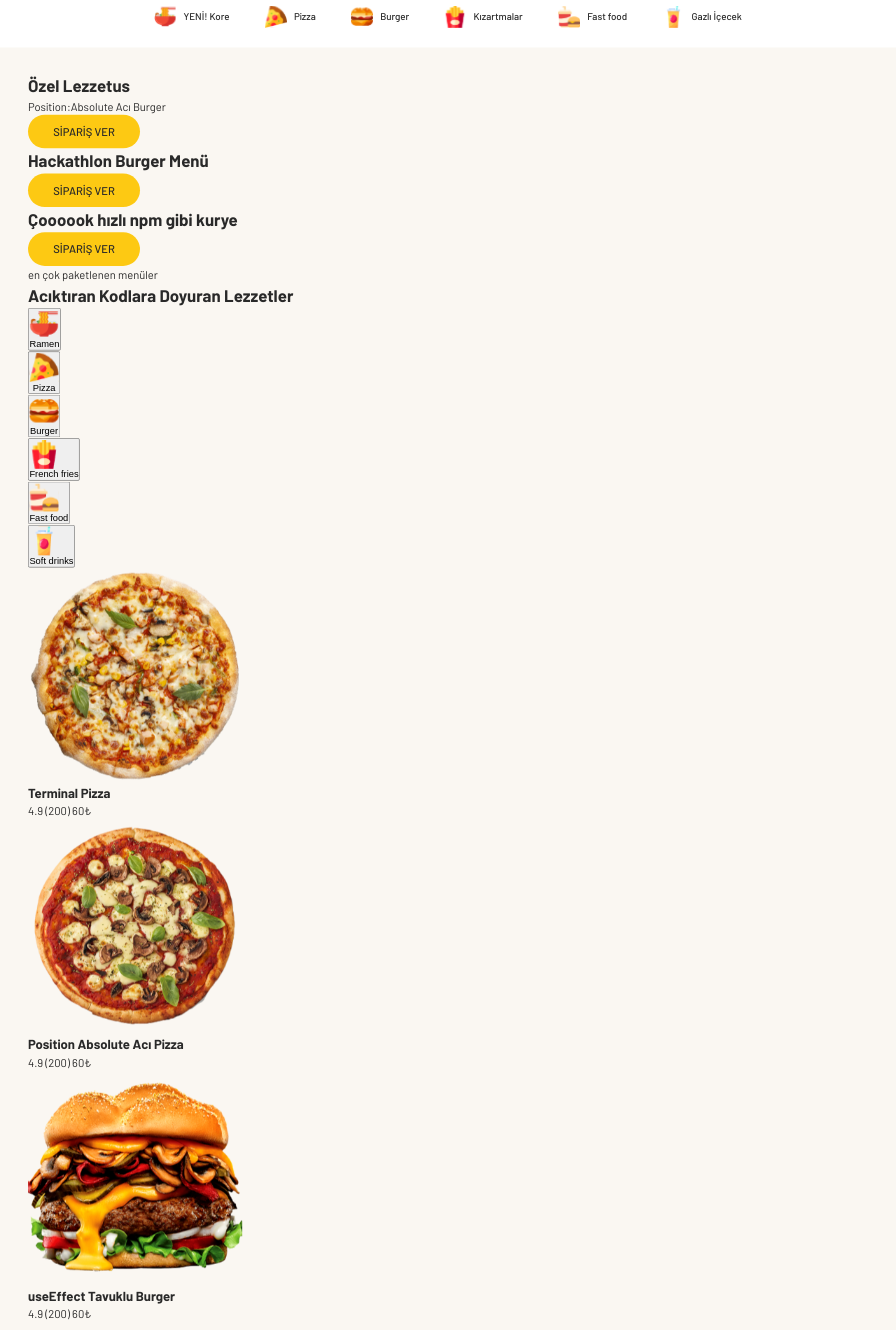
Repository: GozdeAybey/Pizza-HTML-CSS
Page: index.html
The author's editor kept a copy of each file at every save. The page is drawn from the files as they stood at one save, then again after the next save.
The browser window is 1280 px wide. The pictures show the part of the page from y = 737 to 2637 px (the page is 3962 px tall before and 4313 px after), at 70% of full size.
A picture or video elsewhere on the page could not be fetched, so the positions and the page height are approximate. Some web fonts or font styles are not loaded; a fallback is used.

Above is the page before, as saved 2026-10-26 23:13:04.

After the next save:
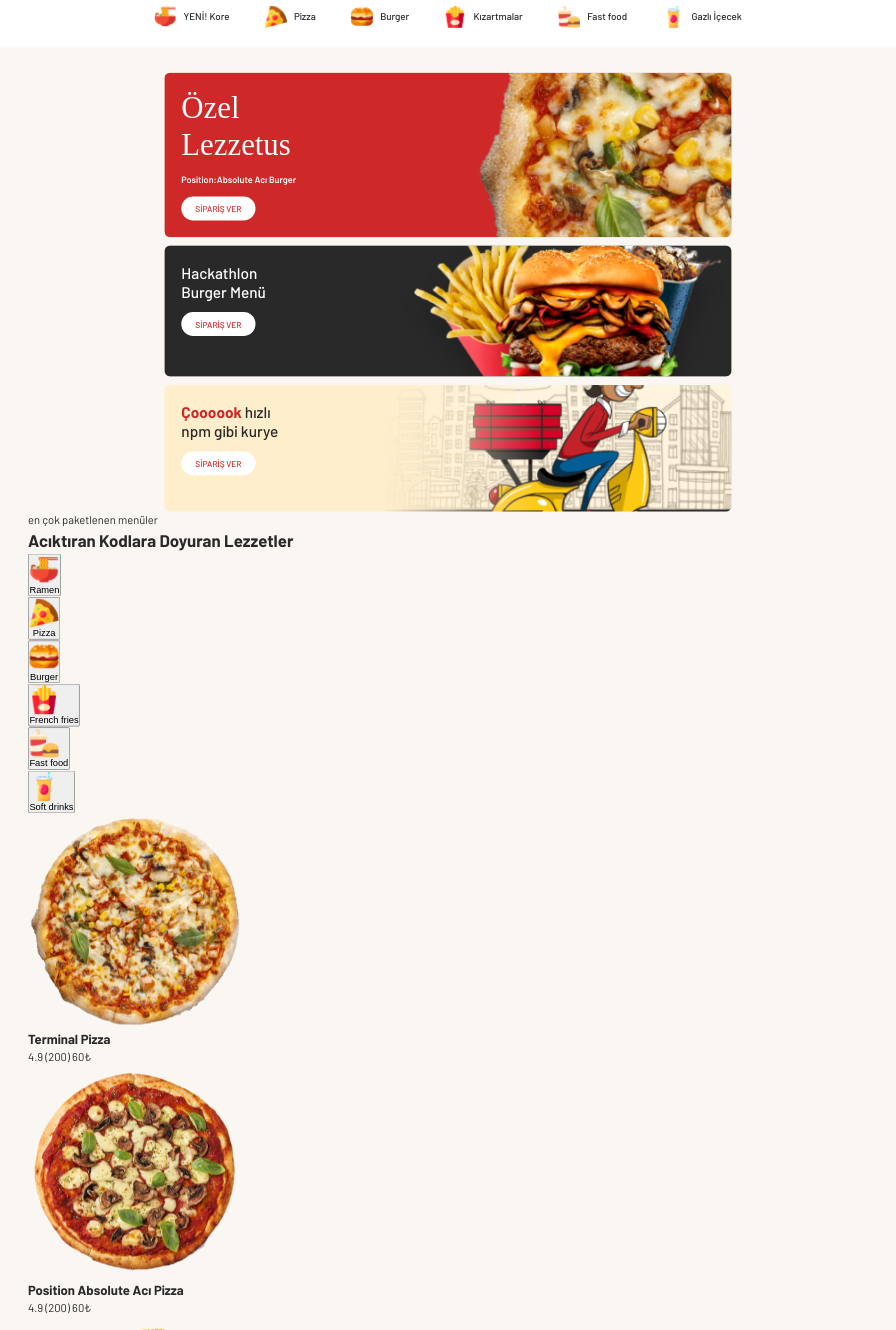
Saved 6 min 21 s later.
--- a/style.css
+++ b/style.css
@@ -34,6 +34,76 @@ body {
 main {
   padding: 36px 40px 60px;
   background-color: var(--beige);
+}
+/* ---------- Kampanya kartları ---------- */
+.kampanyalar {
+  display: grid;
+  grid-template-columns: 1fr;
+  gap: 12px;
+  max-width: 810px;
+  margin: 0 auto;
+}
+
+.kampanya {
+  display: flex;
+  flex-direction: column;
+  align-items: flex-start;
+  gap: 14px;
+  padding: 24px;
+  border-radius: 8px;
+  color: #fff;
+  background-size: cover;
+  background-position: right center;
+}
+
+.kampanya h2 {
+  max-width: 170px;
+  font-size: 22px;
+  font-weight: 500;
+  line-height: 1.3;
+}
+
+.kampanya p {
+  font-size: 13px;
+  font-weight: 600;
+}
+
+.kampanya .buton {
+  padding: 8px 20px;
+  background-color: #fff;
+  color: var(--red);
+  font-size: 12px;
+}
+
+.pizza {
+  min-height: 232px;
+  background-color: var(--red);
+  background-image: url("/assets/iteration-2/cta/kart-1.png");
+}
+
+.pizza h2 {
+  max-width: 220px;
+  font-family: var(--font-serif);
+  font-size: 44px;
+  font-weight: 400;
+  line-height: 1.2;
+}
+
+.burger {
+  min-height: 187px;
+  background-color: var(--gray-dark);
+  background-image: url("/assets/iteration-2/cta/kart-2.png");
+}
+
+.kurye {
+  min-height: 181px;
+  color: var(--gray-dark);
+  background-image: url("/assets/iteration-2/cta/kart-3.png");
+}
+
+.kurye span {
+  color: var(--red);
+  font-weight: 700;
 }
 /* ---------- Ortak buton ---------- */
 .buton {
